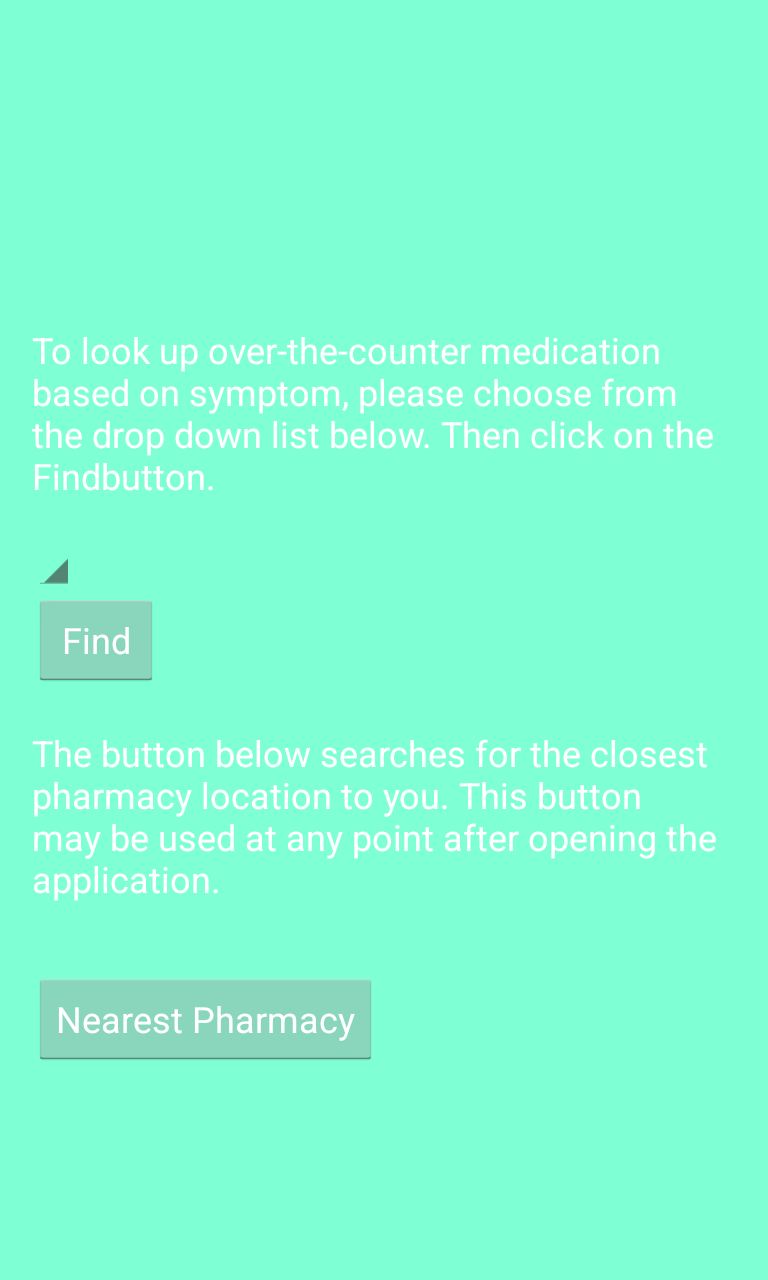
Repository: rosingrr/SympMeds
Layout: app/SympMeds/res/layout/activity_symptom_list.xml
An editor plug-in stored every save of this project. The layout is shown before and after the next save, followed by the edit.
It is drawn on a 768 x 1280 px phone screen (xhdpi) without system bars, with theme AppTheme; the app's code is not run.

Above is the layout before, as saved 2013-08-02 20:23:27.

### app/SympMeds/res/layout/activity_symptom_list.xml
<RelativeLayout xmlns:android="http://schemas.android.com/apk/res/android"
    xmlns:tools="http://schemas.android.com/tools"
    android:layout_width="match_parent"
    android:layout_height="match_parent"
    android:background="@color/aqua_marine"
    android:paddingBottom="@dimen/activity_vertical_margin"
    android:paddingLeft="@dimen/activity_horizontal_margin"
    android:paddingRight="@dimen/activity_horizontal_margin"
    android:paddingTop="@dimen/activity_vertical_margin"
    tools:context=".SymptomList" >

    <Button
        android:id="@+id/button1"
        android:layout_width="wrap_content"
        android:layout_height="wrap_content"
        android:layout_alignLeft="@+id/TextView01"
        android:layout_below="@+id/TextView01"
        android:layout_marginTop="34dp"
        android:text="@string/Button"
        android:textColor="@color/white" />

    <Button
        android:id="@+id/search_button"
        android:layout_width="wrap_content"
        android:layout_height="wrap_content"
        android:layout_alignLeft="@+id/symptom_spinner"
        android:layout_centerVertical="true"
        android:onClick="search"
        android:text="@string/search"
        android:textColor="@color/white" />

    <Spinner
        android:id="@+id/symptom_spinner"
        android:layout_width="wrap_content"
        android:layout_height="wrap_content"
        android:layout_above="@+id/search_button"
        android:layout_alignLeft="@+id/sympInstr_textView" />

    <TextView
        android:id="@+id/TextView01"
        android:layout_width="wrap_content"
        android:layout_height="wrap_content"
        android:layout_alignLeft="@+id/search_button"
        android:layout_below="@+id/search_button"
        android:layout_marginTop="20dp"
        android:text="@string/symptom_instructions1"
        android:textColor="@color/white"
        android:textSize="18" />

    <TextView
        android:id="@+id/sympInstr_textView"
        android:layout_width="wrap_content"
        android:layout_height="wrap_content"
        android:layout_above="@+id/symptom_spinner"
        android:layout_centerHorizontal="true"
        android:layout_marginBottom="14dp"
        android:text="@string/symptom_instructions"
        android:textColor="@color/white"
        android:textSize="18" />

</RelativeLayout>

### app/SympMeds/res/values/Colors.xml
<?xml version="1.0" encoding="utf-8"?>
<resources>
    <color name = "white">#ffffffff</color>
    <color name = "aqua_marine">#ff66cccc</color>
</resources>

### app/SympMeds/res/values/colors.xml
<?xml version="1.0" encoding="utf-8"?>
<resources>
    <color name="red">#ffff0000</color>
    <color name="green">#ff00ff00</color>
    <color name="blue">#ff0000ff</color>
    <color name="transparent_red">#ffff0000</color>
    <color name="steel_blue">#ff4682B4</color>
    <color name="crimson">#ffdc143c</color>
    <color name="sea_green">#ff2e8b57</color>
    <color name="aqua_marine">#ff7fffd4</color>
    <color name="white">#ffffffff</color>
    <color name="darker_aqua_marine">#ff3f7f6a</color>
    <color name="color1">#ff66cccc</color>
    <color name="color2">#ff33cccc</color>
    <color name="color3">#ff00cccc</color>
</resources>

### app/SympMeds/res/values/strings.xml
<?xml version="1.0" encoding="utf-8"?>
<resources>

    <string name="app_name">SympMeds</string>
    <string name="action_settings">Settings</string>
    <string name="nearest_pharmacy">Nearest Pharmacy</string>
    <string name="welcome">This app is not meant to be used as a replacement of a doctor. If symptoms become severe and/ or persistent we recommend you see a doctor immediately.</string>
    <string name="start">Get Started</string>

    <string name="title_activity_symptom_list">SymptomList</string>
    <string name="symptom_instructions">To look up over-the-counter medication based on symptom, please choose from the drop down list below. Then click on the "Find" button.</string>
    <string name="search">Find</string>
    <string name="symptoms">Symptoms</string>
    <string name="symptom_instructions1">The button below searches for the closest pharmacy location to you. This button may be used at any point after opening the application.</string>
    <string name="Button">Nearest Pharmacy</string>

    <string name="title_activity_drug_list">DrugList</string>
    <string name="symptom_name">name of symptom</string>
    <string name="symptom_description">description of symptom</string>
    <string name="drug_instructions">Choose a drug from the drop-down list and then push the Get Info button to pull up the information on the drug.</string>
    <string name="get_info">Get Info</string>
    <string name="end">/////</string>

    <string name="title_activity_drug_info">DrugInfo</string>
    <string name="drug_name">Medication Name</string>
    <string name="symptoms_label">Uses:</string>
    <string name="side_effects_label">Warnings:</string>
    <string name="directions_label">Directions:</string>
    <string name="unknown">unknown</string>
    <string name="medications">Medications</string>

    <string name="15">15</string>
    <string name="16">16</string>
    <string name="18">18</string>
    <string name="19">19</string>
    <string name="25">25</string>

</resources>

Loaded but not shown: app/SympMeds/res/values/styles.xml (common file); app/SympMeds/res/values-v11/styles.xml (common file); app/SympMeds/res/values-v14/styles.xml (common file); app/SympMeds/res/values/dimens.xml (common file)

After the next save:
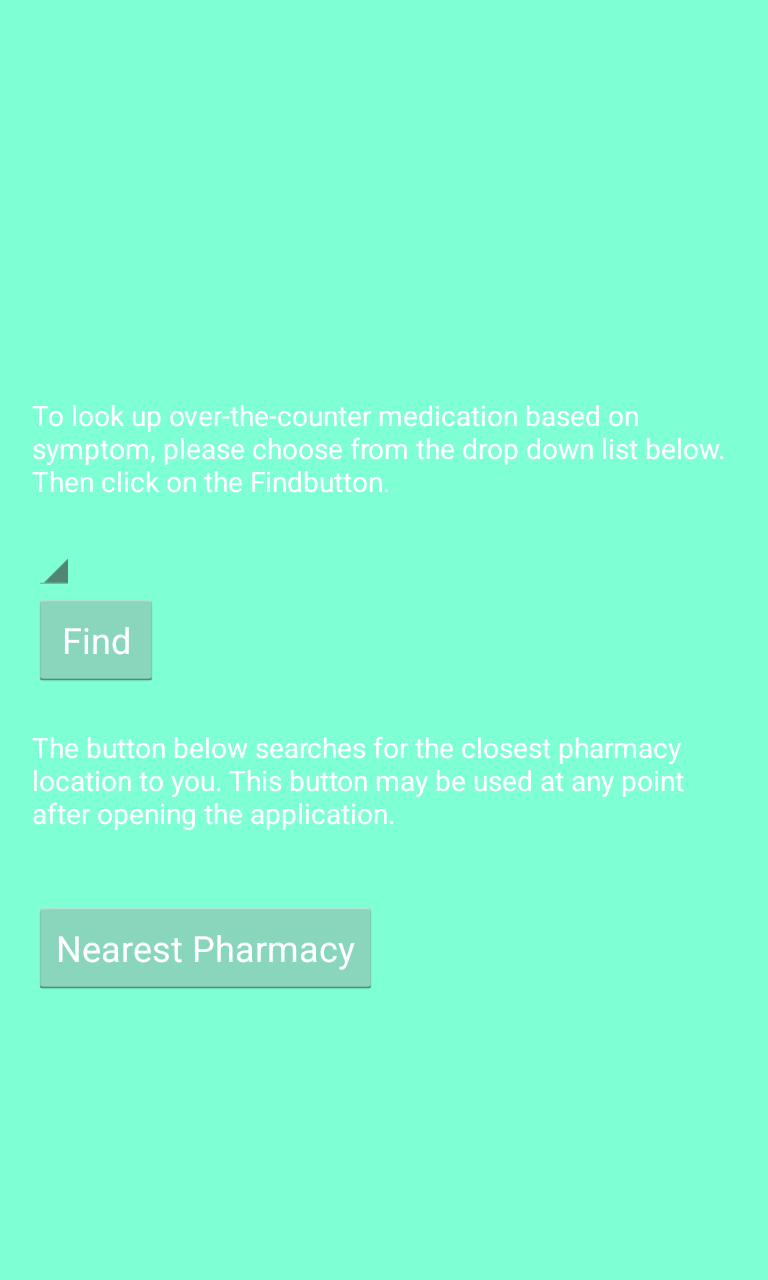
Saved 27 s later.
--- a/app/SympMeds/res/layout/activity_symptom_list.xml
+++ b/app/SympMeds/res/layout/activity_symptom_list.xml
@@ -45,7 +45,7 @@
         android:layout_marginTop="20dp"
         android:text="@string/symptom_instructions1"
         android:textColor="@color/white"
-        android:textSize="18" />
+        android:textSize="@string/18" />
 
     <TextView
         android:id="@+id/sympInstr_textView"
@@ -56,6 +56,6 @@
         android:layout_marginBottom="14dp"
         android:text="@string/symptom_instructions"
         android:textColor="@color/white"
-        android:textSize="18" />
+        android:textSize="@string/18" />
 
 </RelativeLayout>
